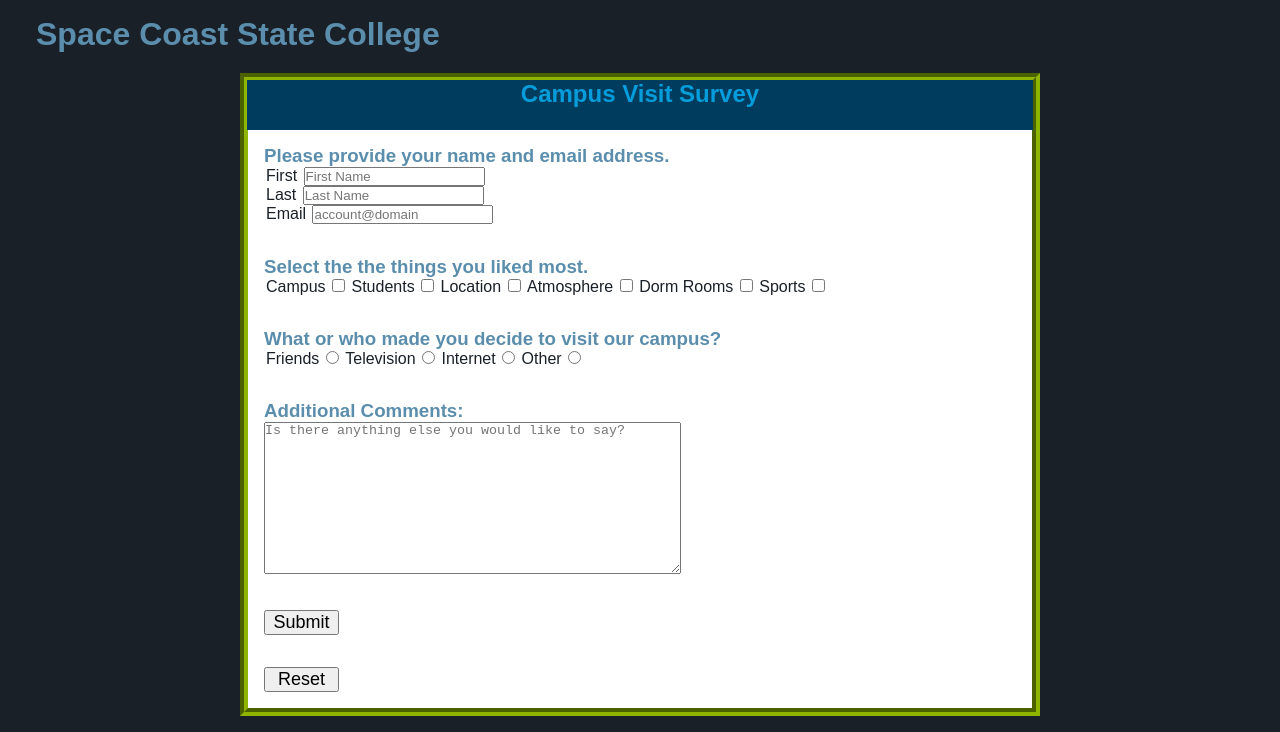
Repository: mlmEFSC21/P2-University-Form
Page: index.html
An editor plug-in stored every save of this project. The page is shown before and after the next save, followed by the edit.
The browser window is 1280 px wide. The pictures show the whole page.
Some web fonts or font styles are not loaded; a fallback is used.

Above is the page before, as saved 2022-01-29 20:11:08.

### index.html
<!DOCTYPE html>
<html lang="en">
    <head>
        <meta charset="UTF-8" />
        <meta http-equiv="X-UA-Compatible" content="IE=edge" />
        <meta name="viewport" content="width=device-width, initial-scale=1.0" />
        <title>University Form</title>
        <link rel="stylesheet" href="uniFormStyles.css" />
    </head>
    <body>
        <header>
            <h1>Space Coast State College</h1>
        </header>
        <main>
            <section class="flex">
                <!-- REMEMBER TO CHANGE THIS TO A POST TO DEITEL!!!!!!!!!!-->
                <form action="results.html" method="GET">
                    <h2>Campus Visit Survey</h2>
                    <article class="info">
                        <h3>Please provide your name and email address.</h3>
                        <div>
                            <label for="fname">First</label>
                            <input
                                type="text"
                                id="fname"
                                name="fname"
                                required
                                placeholder="First Name"
                            />
                        </div>
                        <div>
                            <label for="lname">Last</label>
                            <input
                                type="text"
                                id="lname"
                                name="lname"
                                required
                                placeholder="Last Name"
                            />
                        </div>
                        <div>
                            <label for="email">Email</label>
                            <input
                                type="email"
                                id="email"
                                name="email"
                                required
                                placeholder="account@domain"
                            />
                        </div>
                    </article>
                    <article class="favFeatures">
                        <h3>Select the the things you liked most.</h3>
                        <label for="campus">Campus</label>
                        <input type="checkbox" id="campus" name="campus" />
                        <label for="students">Students</label>
                        <input type="checkbox" id="students" name="students" />
                        <label for="location">Location</label>
                        <input type="checkbox" id="location" name="location" />
                        <label for="atmosphere">Atmosphere</label>
                        <input
                            type="checkbox"
                            id="atmosphere"
                            name="atmosphere"
                        />
                        <label for="dorms">Dorm Rooms</label>
                        <input type="checkbox" id="dorms" name="dorms" />
                        <label for="sports">Sports</label>
                        <input type="checkbox" id="sports" name="sports" />
                    </article>
                    <article class="recommend">
                        <h3>
                            What or who made you decide to visit our campus?
                        </h3>
                        <label for="friends">Friends</label>
                        <input
                            type="radio"
                            id="friends"
                            name="referred"
                            required
                        />
                        <label for="television">Television</label>
                        <input type="radio" id="television" name="referred" />
                        <label for="internet">Internet</label>
                        <input type="radio" id="internet" name="referred" />
                        <label for="other">Other</label>
                        <input type="radio" id="other" name="referred" />
                    </article>
                    <article>
                        <h3>Additional Comments:</h3>
                        <textarea
                            name="comments"
                            placeholder="Is there anything else you would like to say?"
                            rows="10"
                            cols="50"
                        ></textarea>
                    </article>
                    <button type="submit" class="submit">Submit</button>
                    <button type="reset" class="reset">Reset</button>
                </form>
            </section>
        </main>
    </body>
</html>

### uniFormStyles.css
@import url("https://fonts.googleapis.com/css2?family=Spectral:wght@400&display=swap");

:root {
    --clr-prime: #003c5e;
    --clr-second: #1a2028;
    --clr-accent: #8fb500;
    --clr-font-prime: #5b8ead;
    --clr-font-second: black;
}

*,
*::before,
*::after {
    margin: 0;
    padding: 0;
    box-sizing: border-box;
}
body {
    margin: 0 1.25em;
    padding: 1em;
    background-color: var(--clr-second);
    font-family: "Spectral", sans-serif;
    color: var(--clr-font-prime);
}
header {
    color: var(--clr-font-prime);
    margin-bottom: 1.25em;
}
h2 {
    margin: -0.7em;
    height: 50px;
    background-color: var(--clr-prime);
    color: #039ddb;
    text-align: center;
}
form {
    display: flex;
    flex-direction: column;
    max-width: 800px;
    border: 8px groove var(--clr-accent);
    background-color: white;
    gap: 2rem;
    margin: auto;
    padding: 1rem;
}
input {
    accent-color: var(--clr-accent);
}
label {
    color: var(--clr-second);
    padding: 2px;
}
button {
    width: 75px;
    font-size: large;
    cursor: pointer;
}

After the next save:
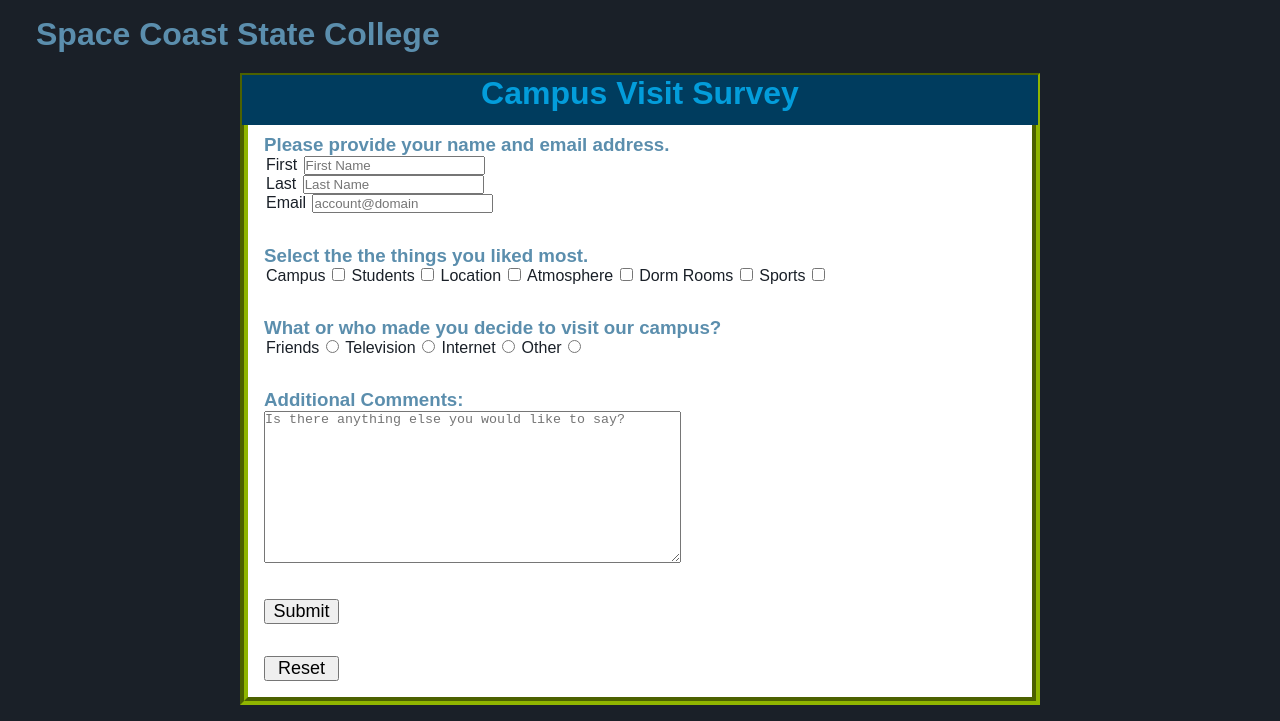
Saved 7 s later.
--- a/uniFormStyles.css
+++ b/uniFormStyles.css
@@ -32,6 +32,7 @@
     background-color: var(--clr-prime);
     color: #039ddb;
     text-align: center;
+    font-size: xx-large;
 }
 form {
     display: flex;

After the save that followed:
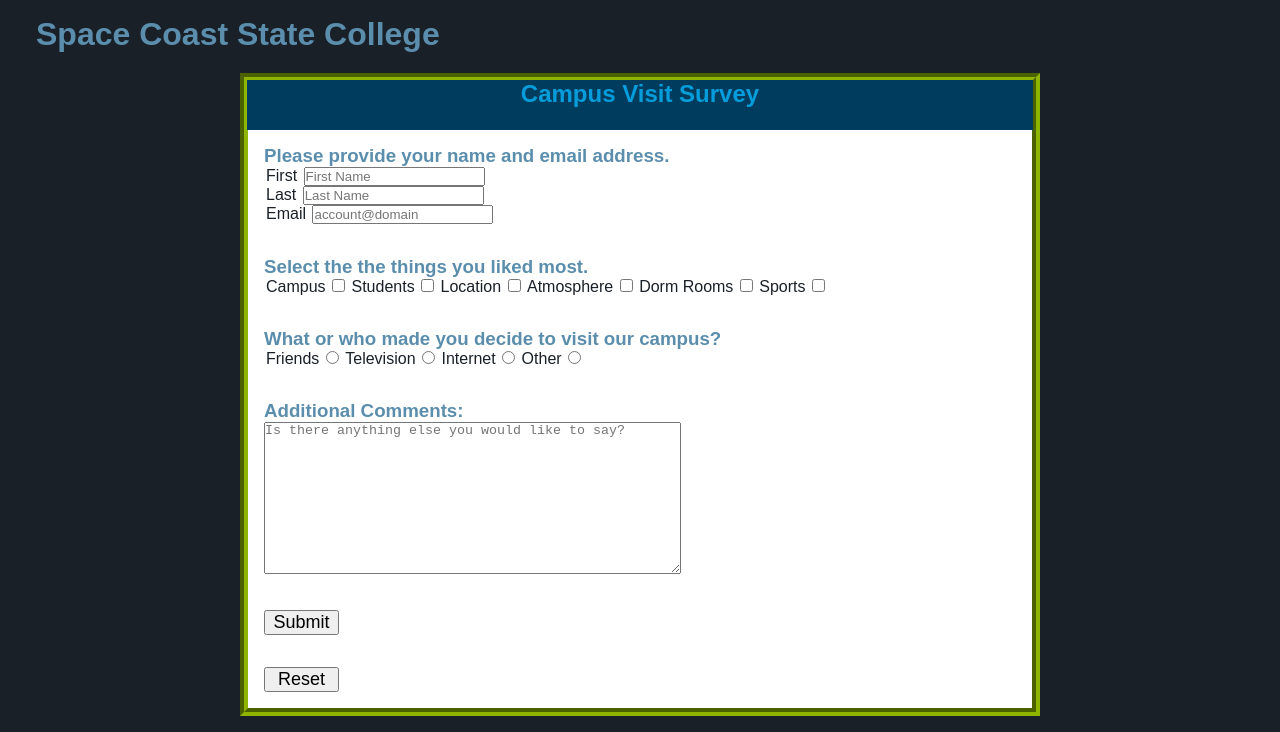
Saved 4 s later.
--- a/uniFormStyles.css
+++ b/uniFormStyles.css
@@ -32,7 +32,7 @@
     background-color: var(--clr-prime);
     color: #039ddb;
     text-align: center;
-    font-size: xx-large;
+    font-size: x-large;
 }
 form {
     display: flex;
